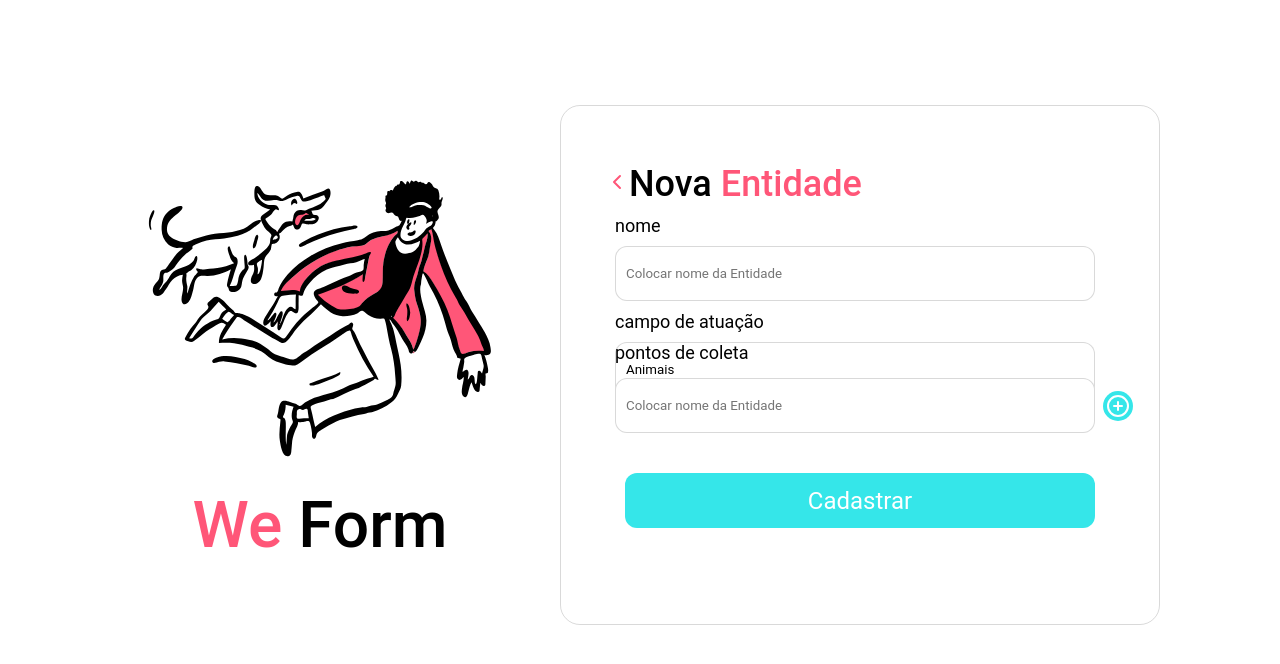
Repository: guilhermecardoso93/we-form
Page: nova-entidade.html
An editor plug-in stored every save of this project. The page is shown before and after the next save, followed by the edit.
The browser window is 1280 px wide. The pictures show the whole page.
Some web libraries are served in a nearby version.

Above is the page before, as saved 2024-06-09 18:46:11.

### nova-entidade.html
<!DOCTYPE html>
<html lang="pt-BR">

<head>
    <meta charset="UTF-8">
    <meta name="viewport" content="width=device-width, initial-scale=1.0">
    <link rel="stylesheet" href="https://cdnjs.cloudflare.com/ajax/libs/font-awesome/5.13.1/css/all.min.css">
    <link rel="stylesheet" href="./styles.css">
    <title>We Form</title>
</head>

<body>
    <div class="content">

        <aside>
            <img src="./assets/hero.svg" alt="Ilustração mulher com cachorro" />
            <h1>
                <span>We</span> Form
            </h1>
        </aside>

        <main>
            <div class="header">
                <a href="/">
                    <img src="./assets/arrow-back.svg" alt="seta" />
                </a href="/">
                <h2>Nova <span>Entidade</span></h2>
            </div>

            <form>
                <label form="nome">Nome</label>
                <input type="text" placeholder="Colocar nome da Entidade" id="nome">

                <label form="field">Campo de Atuação</label>
                <div class="select-div">
                    <select type placeholder="Colocar o campo de Atuação da Entidade" id="field">
                        <option value="" disabled>Selecione uma opção</option>
                        <option>Animais</option>
                        <option>Crianças</option>
                        <option>Meio Ambiente</option>
                    </select>
                </div>


                <div class="points-things">
                    <label form="points">Pontos de coleta</label>

                    <input type="text" placeholder="Colocar nome da Entidade" id="points">
                    <button>
                                <img src="./assets/plus.svg" alt />
                            </button>

                </div>
            </form>
            <div class="buttons">
                <button>
                            <a href="http://">Cadastrar </a>
                        </div>

                    </main>
                </div>
            </body>

        </html>

### styles.css
* {
  padding: 0;
  margin: 0;
  box-sizing: border-box;
  font-family: Roboto, sans-serif;
}

:root {
  font-size: 62.5%;
  --border-color: .1rem solid rgba(0, 0, 0, 0.15);
}

body {
  font-size: 1.6rem;
  text-decoration: none;
}

button {
  cursor: pointer;
}

.content {
  display: flex;
  flex-wrap: wrap-reverse;
  align-items: center;
  justify-content: center;
  gap: 4rem;
  margin: 10.5rem 0 4rem 0;
}


aside {
  display: flex;
  flex-direction: column;
  align-items: center;
  justify-content: center;
  gap: 2rem;
}

aside h1 {
  font-size: 6.4rem;
  font-weight: 500;
  line-height: 75px;
}

aside h1>span, main h2>span {
  color: #FF5678;
}

aside img {
  width: 40rem;
}


main {
  width: 60rem;
  height: 52rem;
  border: var(--border-color);
  border-radius: 20px;
  padding: 5.7rem 4.4rem;
  position: relative;
}

main h2 {
  max-width: 43rem;
  font-size: 3.6rem;
  font-weight: 500;
}

.buttons {
  display: flex;
  flex-direction: column;
  justify-content: center;
  gap: 3.5rem;
  margin: 2rem;
}


.buttons button {
  background-color: #35e6e9;
  height: 5.5rem;
  border: none;
  border-radius: 12px;
}

.buttons button:hover {
  opacity: 0.5;
}

.buttons button a {
  text-decoration: none;
  color: #fff;
  font-size: 2.4rem;
}

.buttons button+button {
  background-color: #FF5678;
}

.footer {
  display: flex;
  flex-direction: column;
  align-items: center;
  justify-content: center;
  gap: 1rem;
}

.footer p {
  font-size: 1.6rem;
  margin-top: 8rem;
}

.footer a {
  font-size: 1.2rem;
  color: #000;
  text-decoration: none;
}

main form {
  display: flex;
  flex-direction: column;
  padding: 1rem;
}

main form input, main form select {
  width: 48rem;
  height: 5.5rem;
  background-color: #ffff;
  border: var(--border-color);
  border-radius: 12px;
  padding: 1rem;
  margin-bottom: 1rem;
}

main form select {
  appearance: none;
  position: absolute;
}

main form select::after {
  content: "";
}

main form label {
  font-size: 1.8rem;
  font-weight: 400;
  text-transform: lowercase;
  margin-bottom: 1rem;
  display: block;
}

.header {
  display: flex;
  align-items: center;
}

.points-things {
  display: flex;
  flex-direction: column;
  justify-content: space-between;
  align-items: start;
  gap: 0.5rem;
  position: relative;
}

.points-things button {
  display: flex;
  border: none;
  border-radius: 50px;
  height: 30px;
  width: 30px;
  align-items: center;
  justify-content: center;
  background-color: #35e6e9;
  position: absolute;
  right: -2.8rem;
  top: calc(2.7rem + 2.2rem);
  cursor: pointer;
}

### assets/arrow-back.svg
<svg xmlns="http://www.w3.org/2000/svg" width="24" height="24" viewBox="0 0 24 24" fill="none" stroke="#FF5678" stroke-width="2" stroke-linecap="round" stroke-linejoin="round" class="lucide lucide-chevron-left"><path d="m15 18-6-6 6-6"/></svg>

### assets/plus.svg
<svg xmlns="http://www.w3.org/2000/svg" width="24" height="24" viewBox="0 0 24 24" fill="none" stroke="#fff" stroke-width="2" stroke-linecap="round" stroke-linejoin="round" class="lucide lucide-circle-plus"><circle cx="12" cy="12" r="10"/><path d="M8 12h8"/><path d="M12 8v8"/></svg>

After the next save:
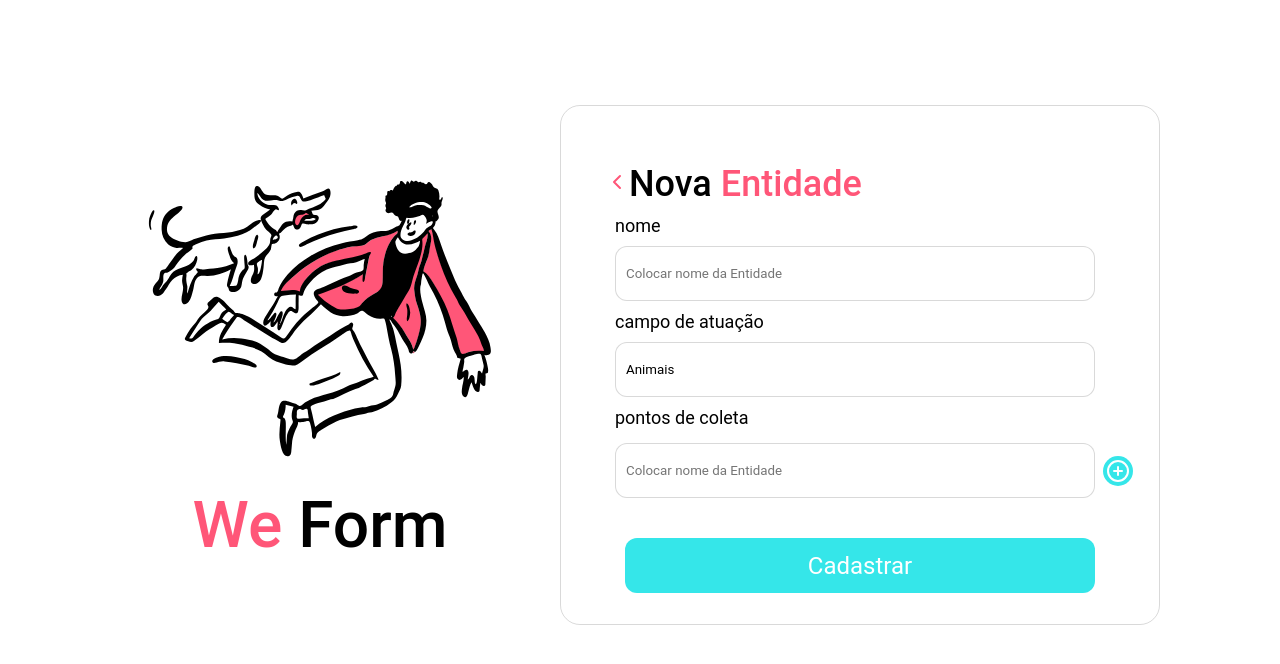
Saved 39 s later.
--- a/styles.css
+++ b/styles.css
@@ -134,12 +134,13 @@ main form input, main form select {
 
 main form select {
   appearance: none;
-  position: absolute;
 }
 
-main form select::after {
+.select-div::after {
   content: "";
 }
+
+
 
 main form label {
   font-size: 1.8rem;
